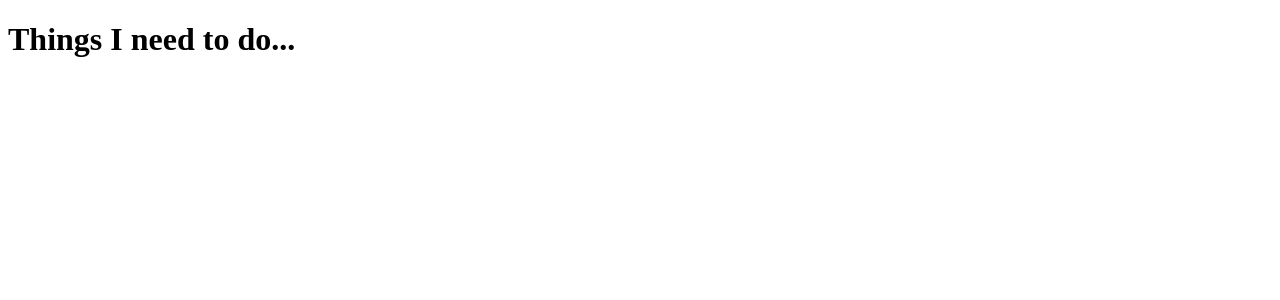
Repository: stiofanEimeid/ci-solutions
Page: http://localhost/
The author's editor kept a record of every edit. The page is drawn from the files as they stood at one moment, then again after the next edit.
The browser window is 1280 px wide. The pictures show the whole page.
The page is served by the project's application, run on Django 2.2 (manage.py). Queries for data that is not in the repository find no rows.

Above is the page before.

After the next edit:
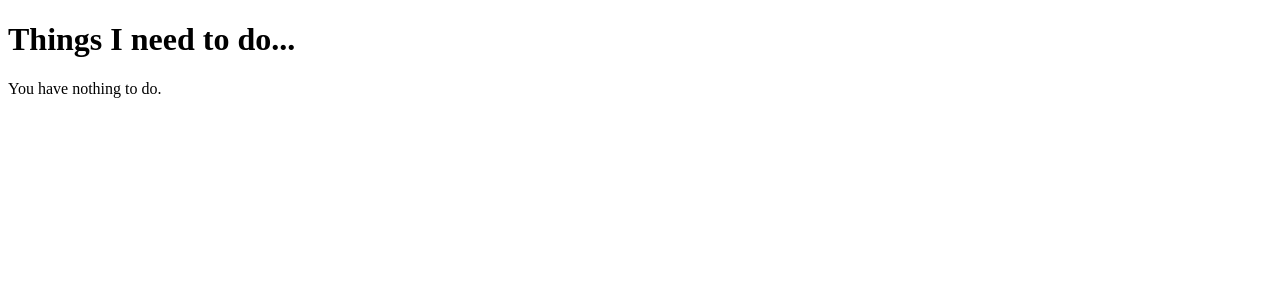
The edit:
--- a/todo/templates/todo_list.html
+++ b/todo/templates/todo_list.html
@@ -16,8 +16,10 @@
             <td><strike>{{ item.name }}</strike></td>
             {% else %}
             <td>{{ item.name }}</td>
-             {% endif %}
+            {% endif %}
         </tr>
+        {% empty %}
+        <p>You have nothing to do.</p>
 
         {% endfor %}
 
